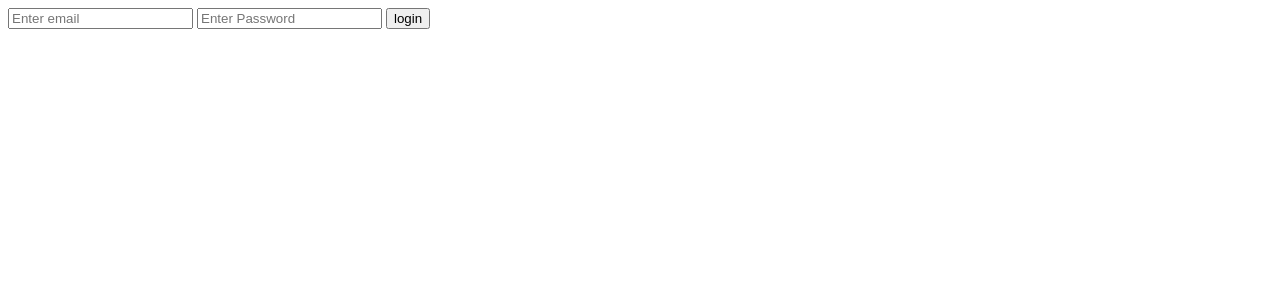
Repository: Altafalinadaf/SimpleProjects
Page: servletDemo9DitchPachter/src/main/webapp/index.html
An editor plug-in stored every save of this project. The page is shown before and after the next save, followed by the edit.
The browser window is 1280 px wide. The pictures show the whole page.

Above is the page before, as saved 2023-10-31 16:01:26.

After the next save:
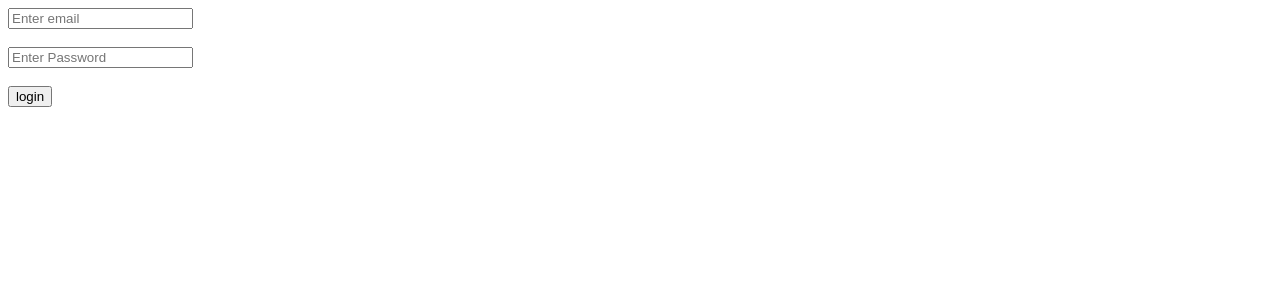
Saved 63 s later.
--- a/servletDemo9DitchPachter/src/main/webapp/index.html
+++ b/servletDemo9DitchPachter/src/main/webapp/index.html
@@ -8,7 +8,12 @@
 	<form action="login" method="post">
 		<field set>
 			<input type="text" name="email" placeholder="Enter email"/>
+			<br/>
+			<br/>
+
 			<input type="password" name="pass" placeholder="Enter Password"/>
+			<br/>
+			<br/>
 			<input type="submit" value="login"/>
 		</field set>
 	</form>
